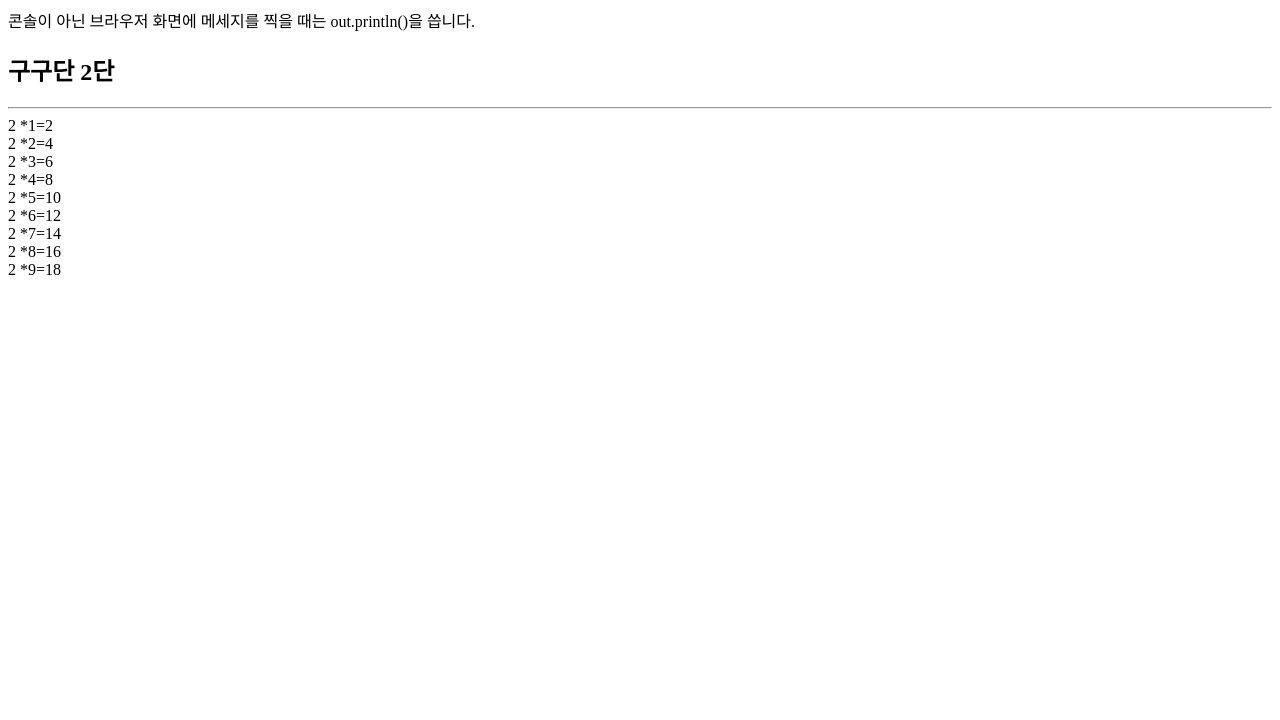
Repository: developedbyssony/JSP
Page: http://localhost/JSPbasic/jsptag/scriptlet.jsp
An editor plug-in stored every save of this project. The page is shown before and after the next save, followed by the edit.
The browser window is 1280 px wide. The pictures show the whole page.
The page is served by Tomcat 9. Other server files are loaded and not shown.

Above is the page before, as saved 2022-03-22 11:41:51.

### JSPbasic/src/main/webapp/jsptag/scriptlet.jsp
<%@ page language="java" contentType="text/html; charset=UTF-8"
    pageEncoding="UTF-8"%>
<!DOCTYPE html>
<html>
<head>
<meta charset="UTF-8">
<title>Insert title here</title>
</head>
<body>
	<% System.out.println("콘솔에 메세지를 찍을 때는 System.out.println()을 씁니다.");
	out.println("콘솔이 아닌 브라우저 화면에 메세지를 찍을 때는 out.println()을 씁니다.");%>
	<h2>구구단 2단</h2><hr />
	<% for(int i = 1; i < 10; i ++) {
		out.println("2 *" + i + "=" + (i*2) + "<br/>");
	} %>
</body>
</html>

After the next save:
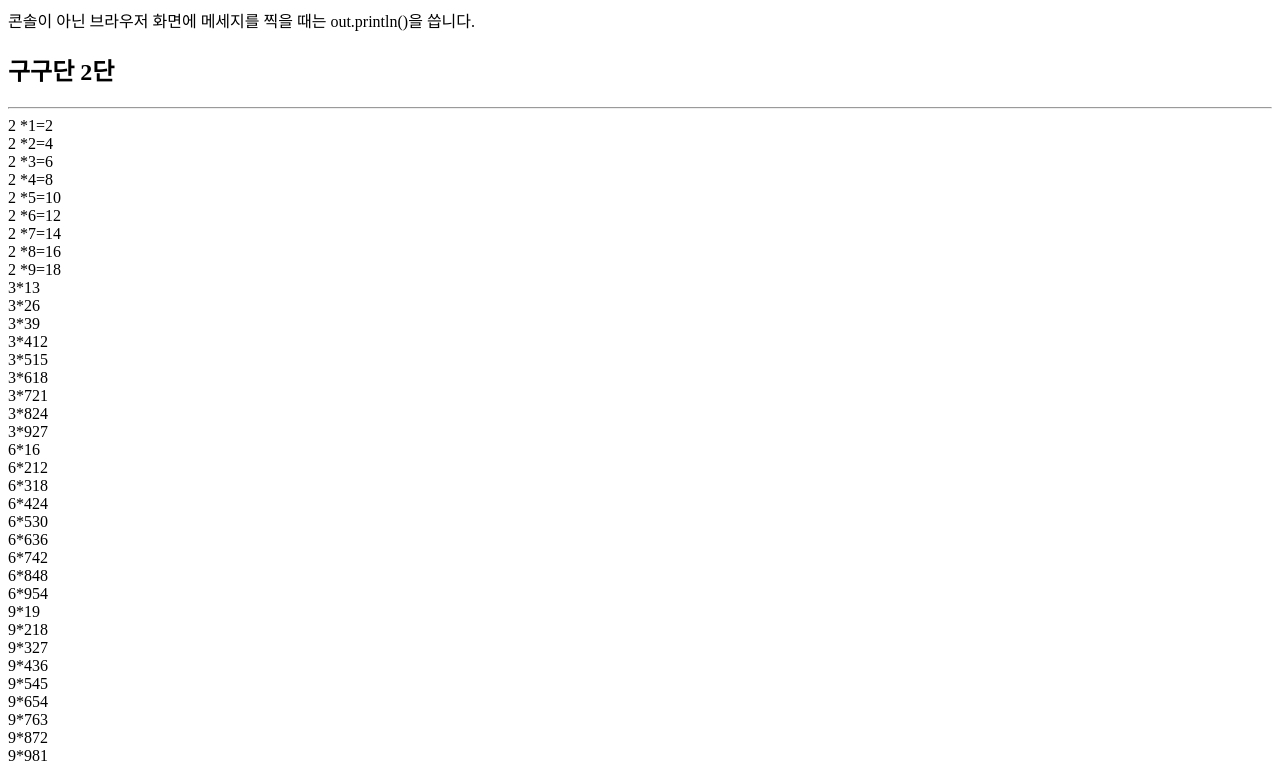
Saved 2 min 45 s later.
--- a/JSPbasic/src/main/webapp/jsptag/scriptlet.jsp
+++ b/JSPbasic/src/main/webapp/jsptag/scriptlet.jsp
@@ -13,5 +13,15 @@
 	<% for(int i = 1; i < 10; i ++) {
 		out.println("2 *" + i + "=" + (i*2) + "<br/>");
 	} %>
+	<!-- 반복문과 조건문을 이용하여 구구단 홀수단(3,5,7,9)를 화면에 출력해주세요. -->
+	<%
+		for(int j=3; j<10; j++) {
+			if(j%3==0) {
+				for(int s=1; s<10; s++) {
+				out.println(j + "*" + s + (j*s) + "<br/>");
+				}
+			}
+		}
+	%>
 </body>
 </html>
